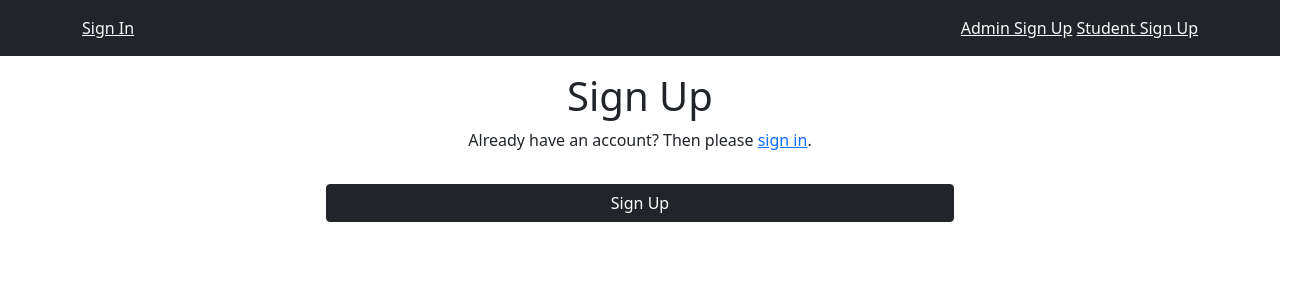
Repository: akankshaajoshi/student-counselling-application
Page: templates/account/signup.html
An editor plug-in stored every save of this project. The page is shown before and after the next save, followed by the edit.
The browser window is 1280 px wide. The page is 1292 px wide, so the pictures cover 1292 px, including what lies to the right of the window. The pictures show the whole page.
The template is drawn by Django 3.2. The application's start-up code is not run. The template is opened directly, without the code that normally fills it, so the values that code supplies are empty.

Above is the page before, as saved 2024-04-25 14:03:33.

After the next save:
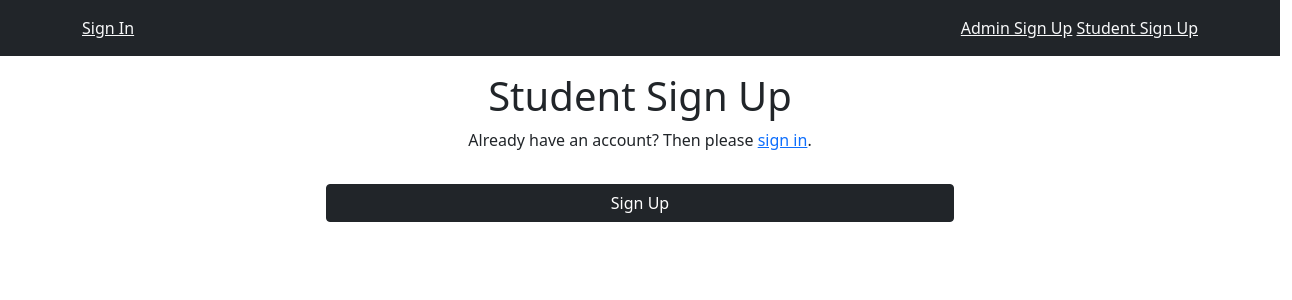
Saved 13 s later.
--- a/templates/account/signup.html
+++ b/templates/account/signup.html
@@ -1,7 +1,7 @@
 {% extends "account/base.html" %} {% load i18n %} {% load crispy_forms_filters %} {% block head_title %}Student Sign
 Up{% endblock %} {% block content %}
 <div class="text-center">
-  <h1>{% trans "Sign Up" %}</h1>
+  <h1>{% trans "Student Sign Up" %}</h1>
 
   <p>{% blocktrans %}Already have an account? Then please <a href="{{ login_url }}">sign in</a>.{% endblocktrans %}</p>
 </div>
